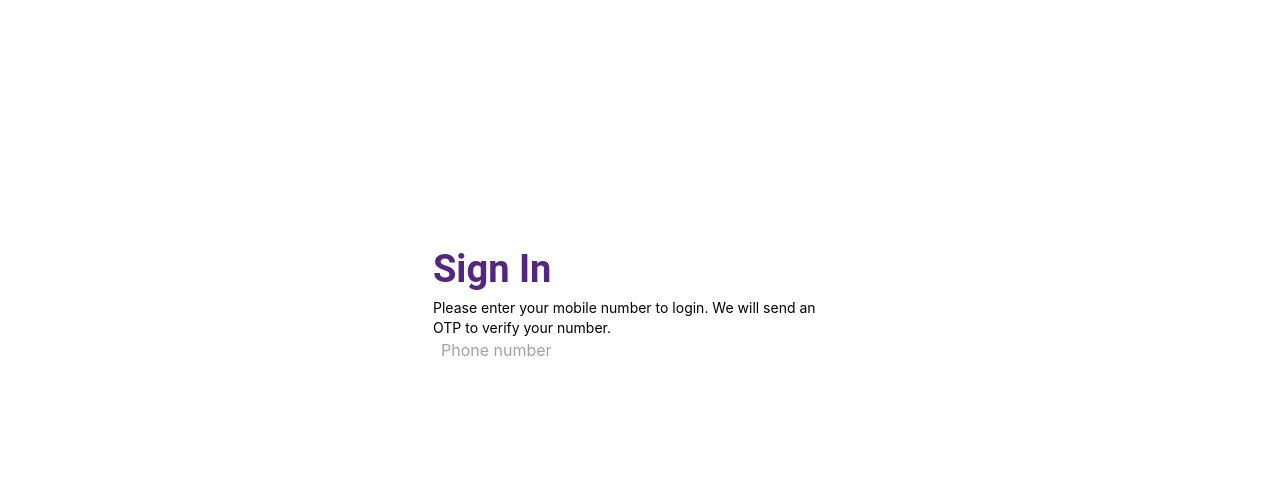
Repository: jayaprakash27/helloar-task
Page: /
An editor plug-in stored every save of this project. The page is shown before and after the next save, followed by the edit.
The browser window is 1280 px wide. The pictures show the whole page.
The project was rebuilt for these pictures with package versions that can differ from the ones it lists, and the page was loaded fresh each time.

Above is the page before, as saved 2023-10-26 22:55:49.

After the next save:
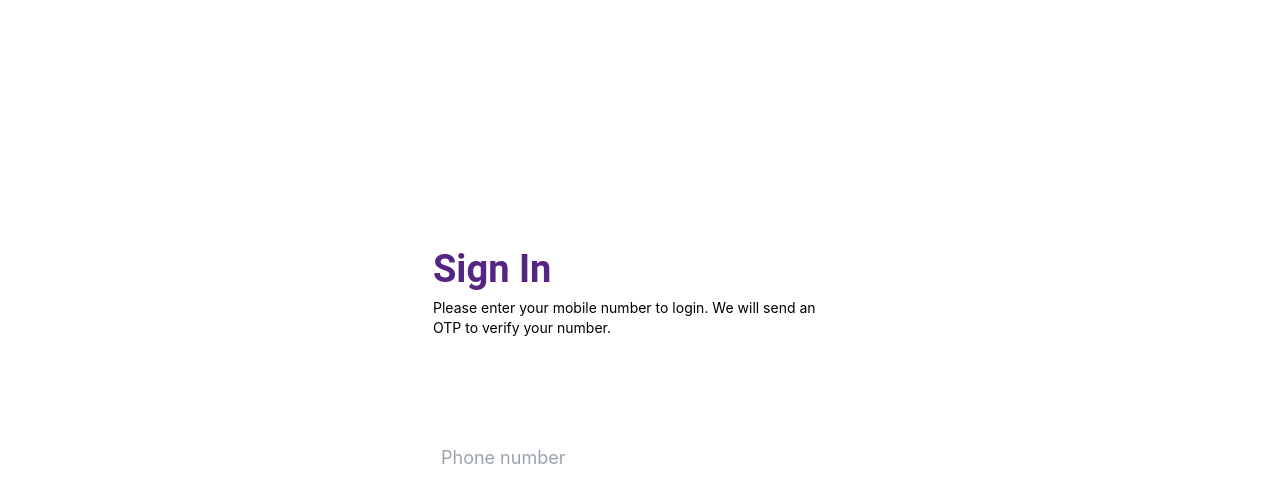
Saved 37 s later.
--- a/src/components/Login.jsx
+++ b/src/components/Login.jsx
@@ -44,7 +44,7 @@ function Login() {
         <h1 className=" text-primary-color font-semibold"> Sign In</h1>
         <p className=' text-sm'>Please enter your mobile number to login. We will send an OTP to verify your number.</p>
         <span className=' rounded-lg h-48 m-2 w-full'>
-        <input type="text" placeholder='Phone number' />
+        <input type="text" className=' w-full h-full text-lg' placeholder='Phone number' />
         </span>
       </div>
     </div>
